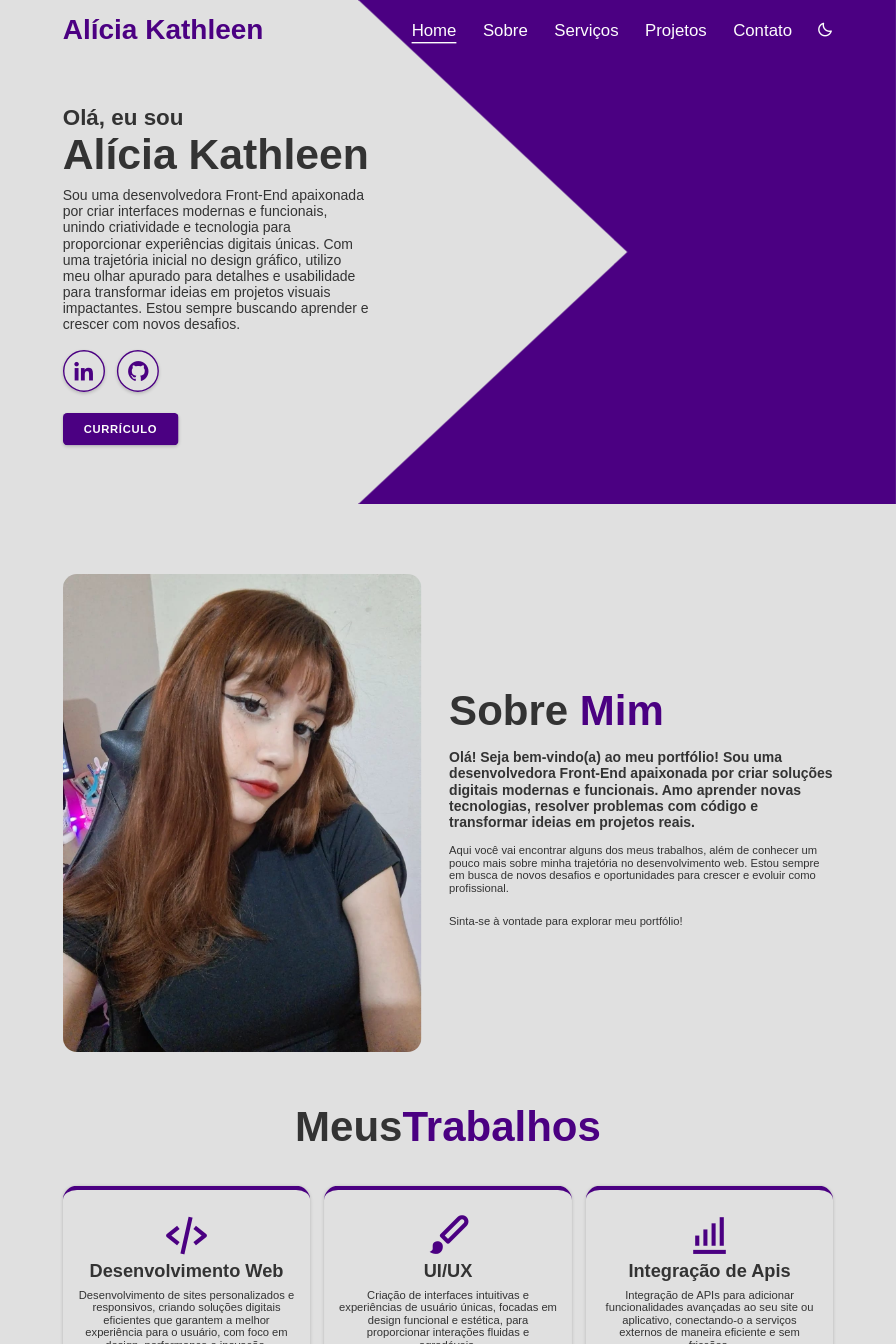
Repository: AliciaKathleen/portfolio-2025
Page: index.html
An editor plug-in stored every save of this project. The page is shown before and after the next save, followed by the edit.
The browser window is 1280 px wide. The pictures show the part of the page from y = 0 to 1920 px (the page is 3946 px tall), at 70% of full size.

Above is the page before, as saved 2025-01-27 16:47:32.
Console error: TypeError: Cannot read properties of null (reading 'classList')

After the next save:
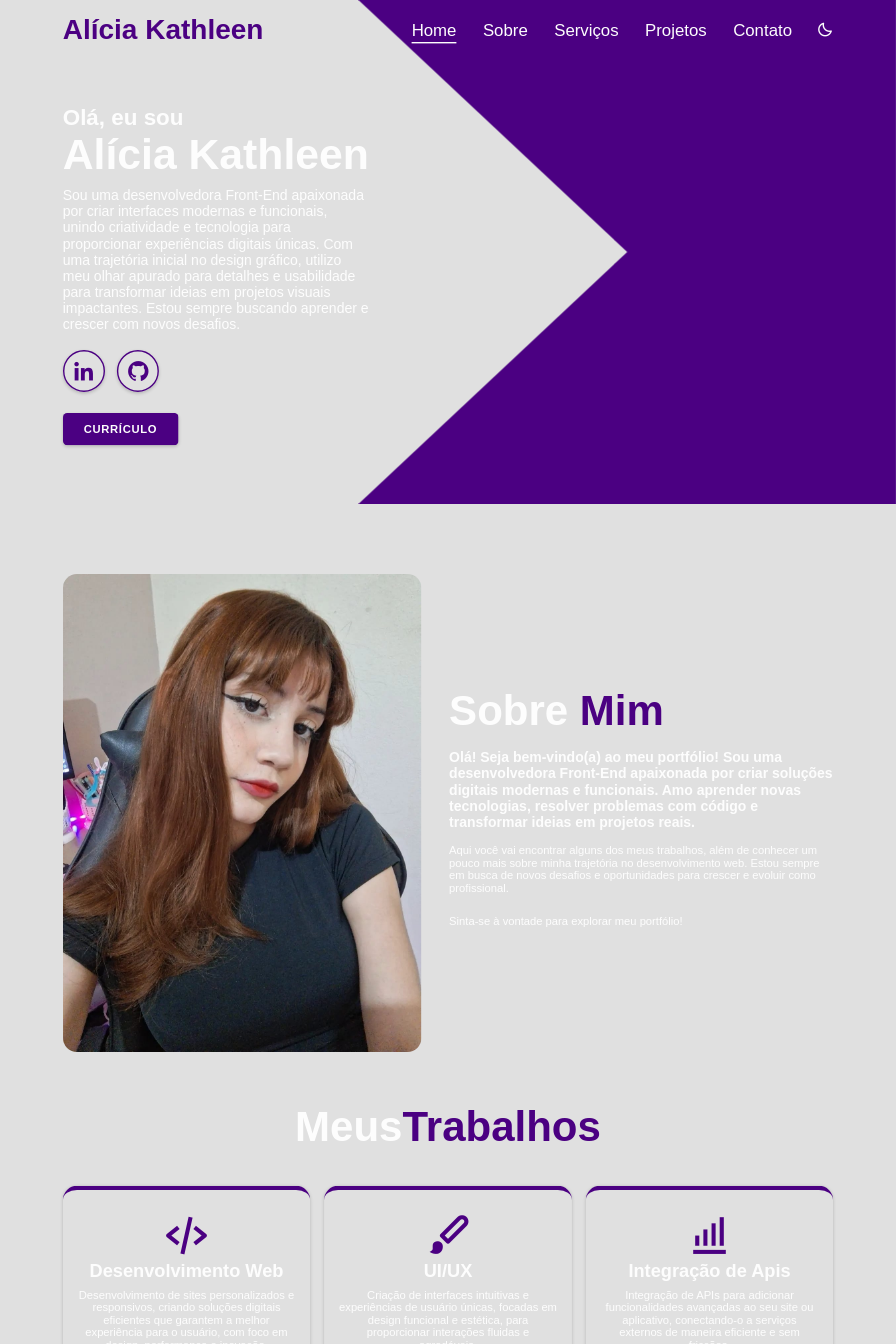
Saved 9 s later.
--- a/style.css
+++ b/style.css
@@ -11,7 +11,7 @@
 
 :root {
     --bg-color: #E0E0E0;
-    --text-color: #333333;
+    --text-color: #fdfdfd;
     --main-color: #4B0082;
     --white-color: #fdfdfd;
     --shadow-color: rgba(0, 0, 0, .2);
